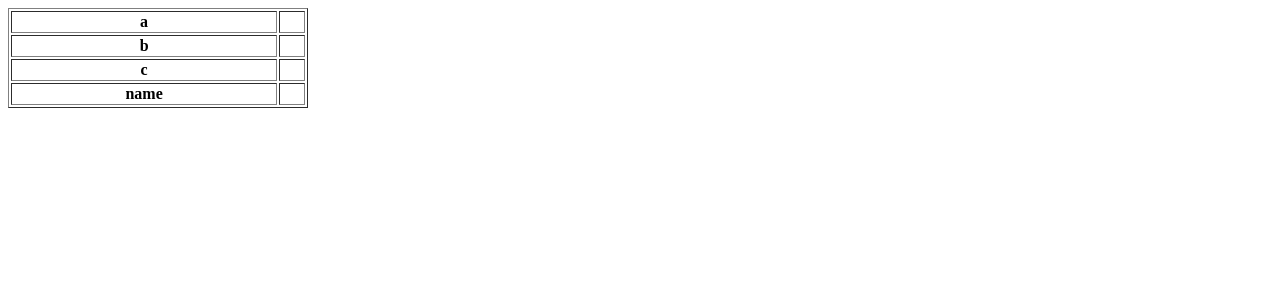
Repository: eeunha/server
Page: http://localhost/JSPTest/ex03.jsp
An editor plug-in stored every save of this project. The page is shown before and after the next save, followed by the edit.
The browser window is 1280 px wide. The pictures show the whole page.
The page is served by Tomcat 9.

Above is the page before, as saved 2023-10-17 05:24:40.

### JSPTest/src/main/webapp/ex03.jsp
<%@ page language="java" contentType="text/html; charset=UTF-8"
	pageEncoding="UTF-8"%>
<!DOCTYPE html>
<html>
<head>
<meta charset="UTF-8">
<title>Insert title here</title>
</head>
<body>
	<!-- ex03.jsp -->
	<%
		//자바 영역
		int a = 10;
		int b = 20;
		int c = a + b;
		String name = "홍길동";
	%>

	<table border="1" width="300">
		<tr>
			<th>a</th>
			<td></td>
		</tr>
		<tr>
			<th>b</th>
			<td></td>
		</tr>
		<tr>
			<th>c</th>
			<td></td>
		</tr>
		<tr>
			<th>name</th>
			<td></td>
		</tr>
	</table>
</body>
</html>

After the next save:
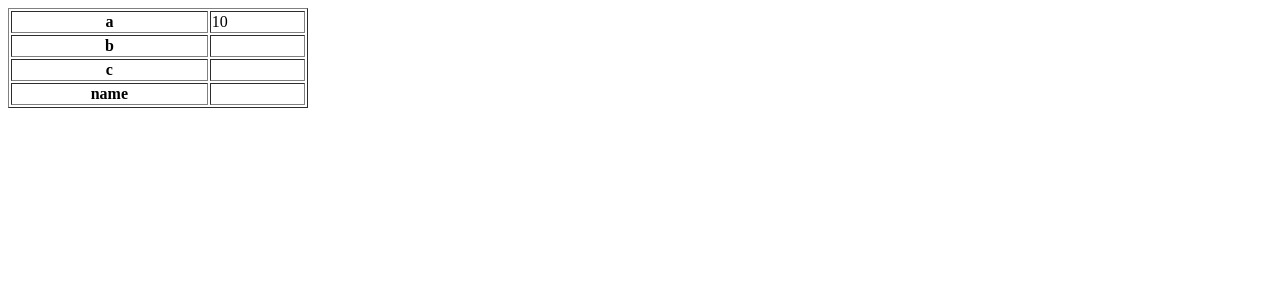
Saved 24 s later.
--- a/JSPTest/src/main/webapp/ex03.jsp
+++ b/JSPTest/src/main/webapp/ex03.jsp
@@ -19,7 +19,7 @@
 	<table border="1" width="300">
 		<tr>
 			<th>a</th>
-			<td></td>
+			<td><%= a %></td>
 		</tr>
 		<tr>
 			<th>b</th>
